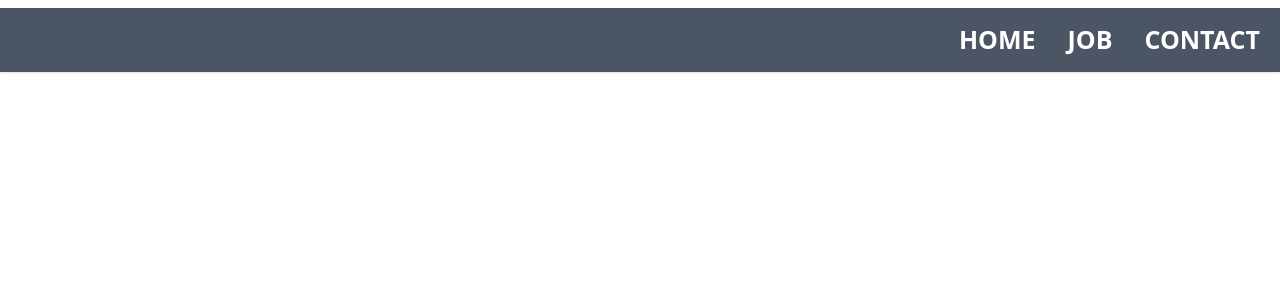
Repository: singhaayush5/CollegeCompanion-Hackathon-IIIT-RANCHI-
Page: / (app in client/)
The author's editor kept a copy of each file at every save. The page is drawn from the files as they stood at one save, then again after the next save.
The browser window is 1280 px wide. The pictures show the whole page.
The project was rebuilt for these pictures with package versions that can differ from the ones it lists, and the page was loaded fresh each time. Also part of the build but not shown: client/vite.config.js, client/src/App.css, client/src/Component/Card.jsx, client/src/Component/JobPortal/JobPortal.jsx, client/src/Component/GradeTracker/GradePortal.jsx.

Above is the page before, as saved 2023-04-15 23:18:53.

### client/src/App.jsx
import { useState } from "react";
import reactLogo from "./assets/react.svg";
import viteLogo from "/vite.svg";
import "./App.css";
import Job from "./Component/JobPortal/JobPortal";
import Navbar from "./Component/Navbar";
import GradePortal from "./Component/GradeTracker/GradePortal";

import {
  createBrowserRouter,
  createRoutesFromElements,
  RouterProvider,
  Route,
} from "react-router-dom";

function App() {
  const router = createBrowserRouter(
    createRoutesFromElements(
      <Route path="/" element={<Navbar />}>
        <Route path="job" element={<Job />}></Route>
        <Route path="grade" element={<GradePortal />}></Route>
      </Route>
    )
  );
  return <RouterProvider router={router} />;
}

export default App;

### client/src/Component/Navbar.jsx
import React from "react";
// import TrackLogo from "../images/TrackLogo.png";
function navbar() {
  return (
    <nav className="p-1 bg-gray-600 h-16 shadow md:flex md:items-center md:justify-between fixed top-2 w-full">
      <div className="flex justify-between items-center ">
        <span className=" cursor-pointer"></span>

        <span className="text-3xl cursor-pointer mx-2 md:hidden block">
          <ion-icon name="menu" onclick="Menu(this)"></ion-icon>
        </span>
      </div>
      <ul className="md:flex md:items-center z-[-1] md:z-auto md:static absolute w-full left-0 md:w-auto md:py-0 py-4 md:pl-0 pl-7 md:opacity-100 opacity-0 top-[-400px] transition-all ease-in duration-500">
        <li className="mx-4 my-6 md:my-0">
          <a
            href="/#"
            style={{
              fontSize: "25px",
            }}
            className="text-xl hover:text-cyan-500 text-extrabold duration-500 font-extrabold text-white"
          >
            HOME
          </a>
        </li>
        <li className="mx-4 my-6 md:my-0">
          <a
            href="/#"
            style={{
              fontSize: "25px",
            }}
            className="text-xl hover:text-cyan-500 duration-500  font-extrabold text-white"
          >
            JOB
          </a>
        </li>
        <li className="mx-4 my-6 md:my-0">
          <a
            href="/#"
            style={{
              fontSize: "25px",
            }}
            className="text-xl hover:text-cyan-500 duration-500 font-extrabold text-white"
          >
            CONTACT
          </a>
        </li>
      </ul>
    </nav>
  );
}

export default navbar;

Loaded but not shown: client/index.html (common file); client/src/main.jsx (common file); client/src/index.css (common file); client/tailwind.config.js (common file)

After the next save:
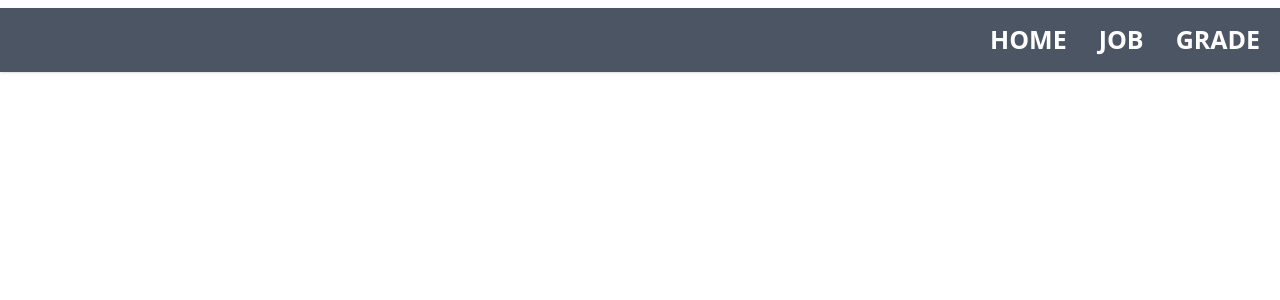
Saved 6 s later.
--- a/client/src/Component/Navbar.jsx
+++ b/client/src/Component/Navbar.jsx
@@ -41,7 +41,7 @@ function navbar() {
             }}
             className="text-xl hover:text-cyan-500 duration-500 font-extrabold text-white"
           >
-            CONTACT
+            GRADE
           </a>
         </li>
       </ul>
